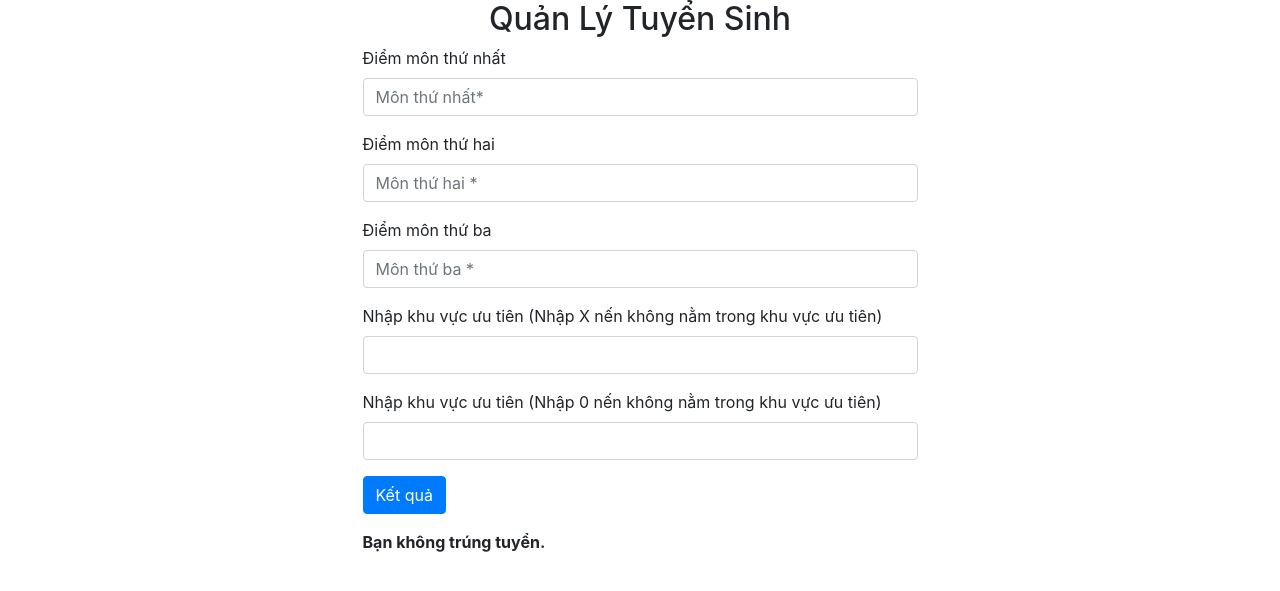
Repository: dovanthao2404/BC14_BaiTap_JS_Buoi_5_dovanthao
Page: html/bai1.html
An editor plug-in stored every save of this project. The page is shown before and after the next save, followed by the edit.
The browser window is 1280 px wide. The pictures show the whole page.

Above is the page before, as saved 2021-07-03 20:28:03.

After the next save:
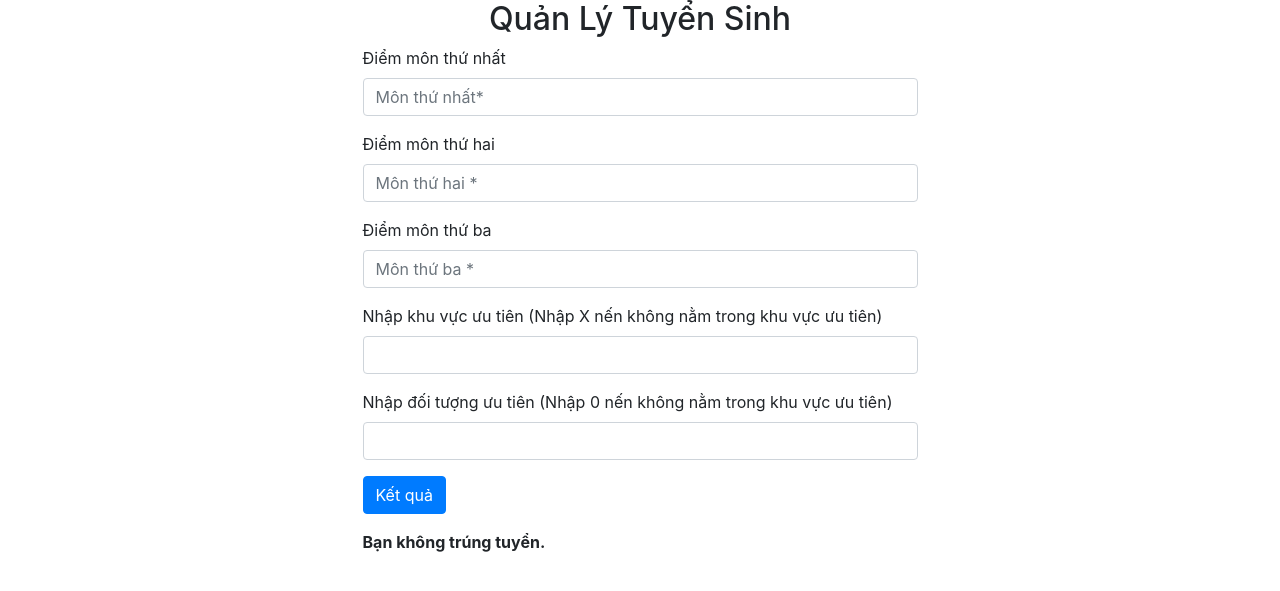
Saved 5 min 4 s later.
--- a/html/bai1.html
+++ b/html/bai1.html
@@ -41,7 +41,7 @@
           <span></span>
         </div>
         <div class="form-group">
-          <label for="objectScores">Nhập khu vực ưu tiên (Nhập 0 nến không nằm trong khu vực ưu tiên)</label>
+          <label for="objectScores">Nhập đối tượng ưu tiên (Nhập 0 nến không nằm trong khu vực ưu tiên)</label>
           <input type="text" id="object" class="form-control">
           <span></span>
         </div>
